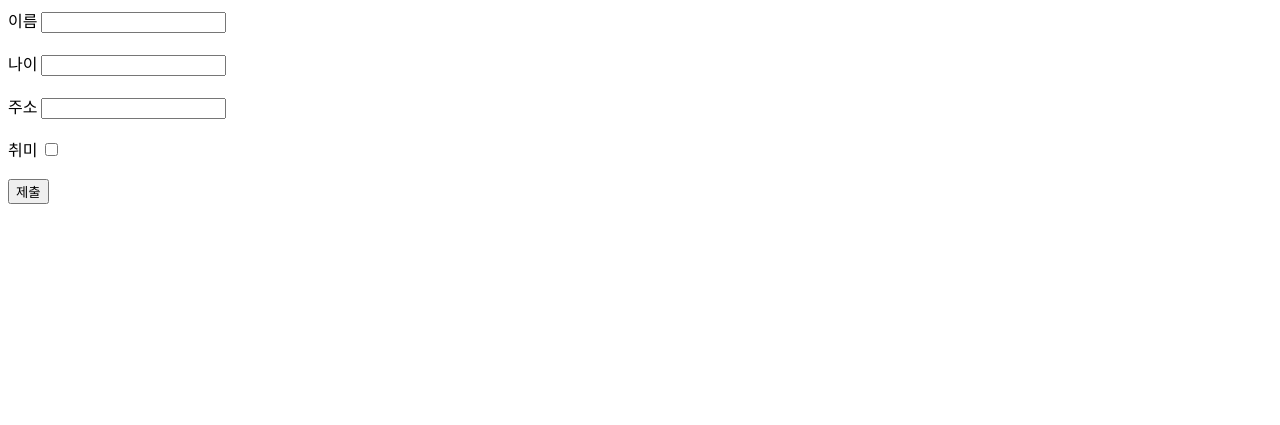
Repository: Minh137/java_works
Page: web06/src/main/webapp/userform.html
The author's editor kept a copy of each file at every save. The page is drawn from the files as they stood at one save, then again after the next save.
The browser window is 1280 px wide. The pictures show the whole page.

Above is the page before, as saved 2024-08-26 03:42:50.

### web06/src/main/webapp/userform.html
<!DOCTYPE html>
<html>
<head>
<meta charset="UTF-8">
<title>Insert title here</title>
</head>
<body>
	<form action="usr.jsp">
		<label>이름</label>
		<input type="text" id="name" name="name" required><br><br>

		<label>나이</label>
		<input type="text" id="age" name="age" required><br><br>

		<label>주소</label>
		<input type="text" id="addr" name="addr" required><br><br>

		<label>취미</label>
		<input type="checkbox" id="hob" name="hob" required><br><br>

		<input type="submit" value="제출">
	</form>
</body>
</html>

After the next save:
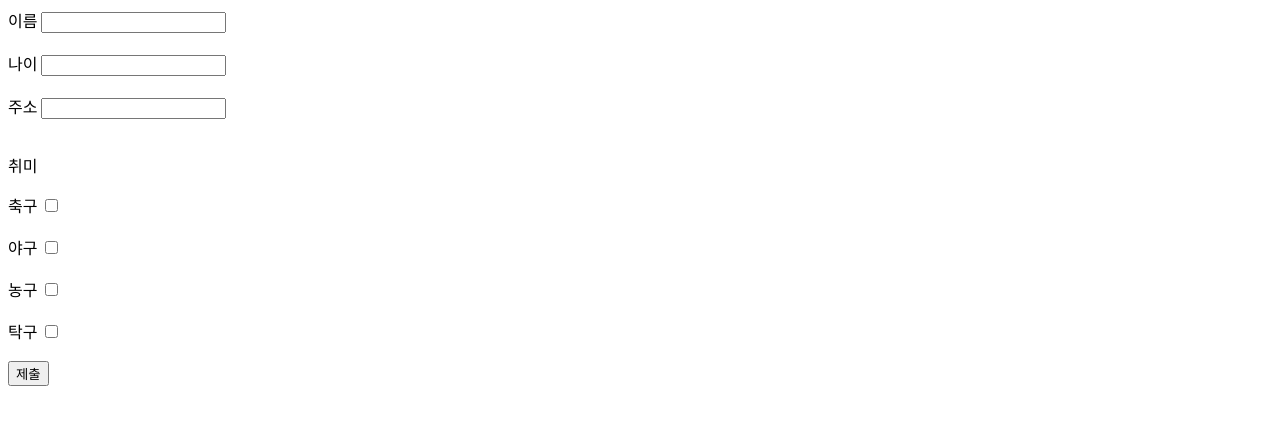
Saved 6 min 6 s later.
--- a/web06/src/main/webapp/userform.html
+++ b/web06/src/main/webapp/userform.html
@@ -14,9 +14,15 @@
 
 		<label>주소</label>
 		<input type="text" id="addr" name="addr" required><br><br>
-
-		<label>취미</label>
-		<input type="checkbox" id="hob" name="hob" required><br><br>
+		<p>취미</p>
+		<label>축구</label>
+		<input type="checkbox" id="hob" name="fb" required><br><br>
+		<label>야구</label>
+		<input type="checkbox" id="hob" name="bsb" required><br><br>
+		<label>농구</label>
+		<input type="checkbox" id="hob" name="bkb" required><br><br>
+		<label>탁구</label>
+		<input type="checkbox" id="hob" name="tb" required><br><br>
 
 		<input type="submit" value="제출">
 	</form>
